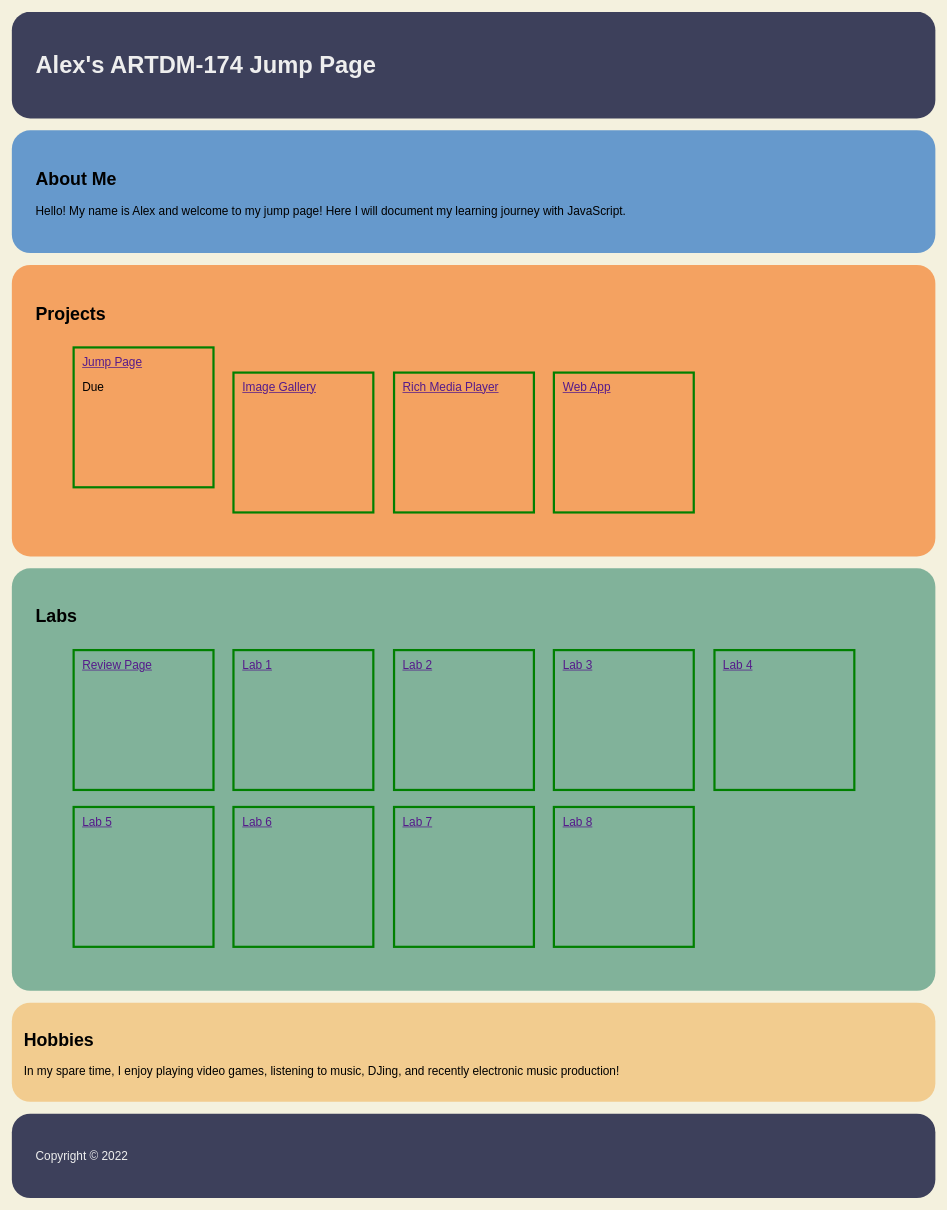
Repository: alexmaddux99/ARTDM-174
Page: CSS Animation/index.html
These files come from the project's save history. The page is drawn as it stood at one moment and after the next save; the edit follows.
The browser window is 1280 px wide. The pictures show the whole page, at 74% of full size.
Some web fonts or font styles are not loaded; a fallback is used.

Above is the page before, as saved 2022-02-10 13:25:21.

After the next save:
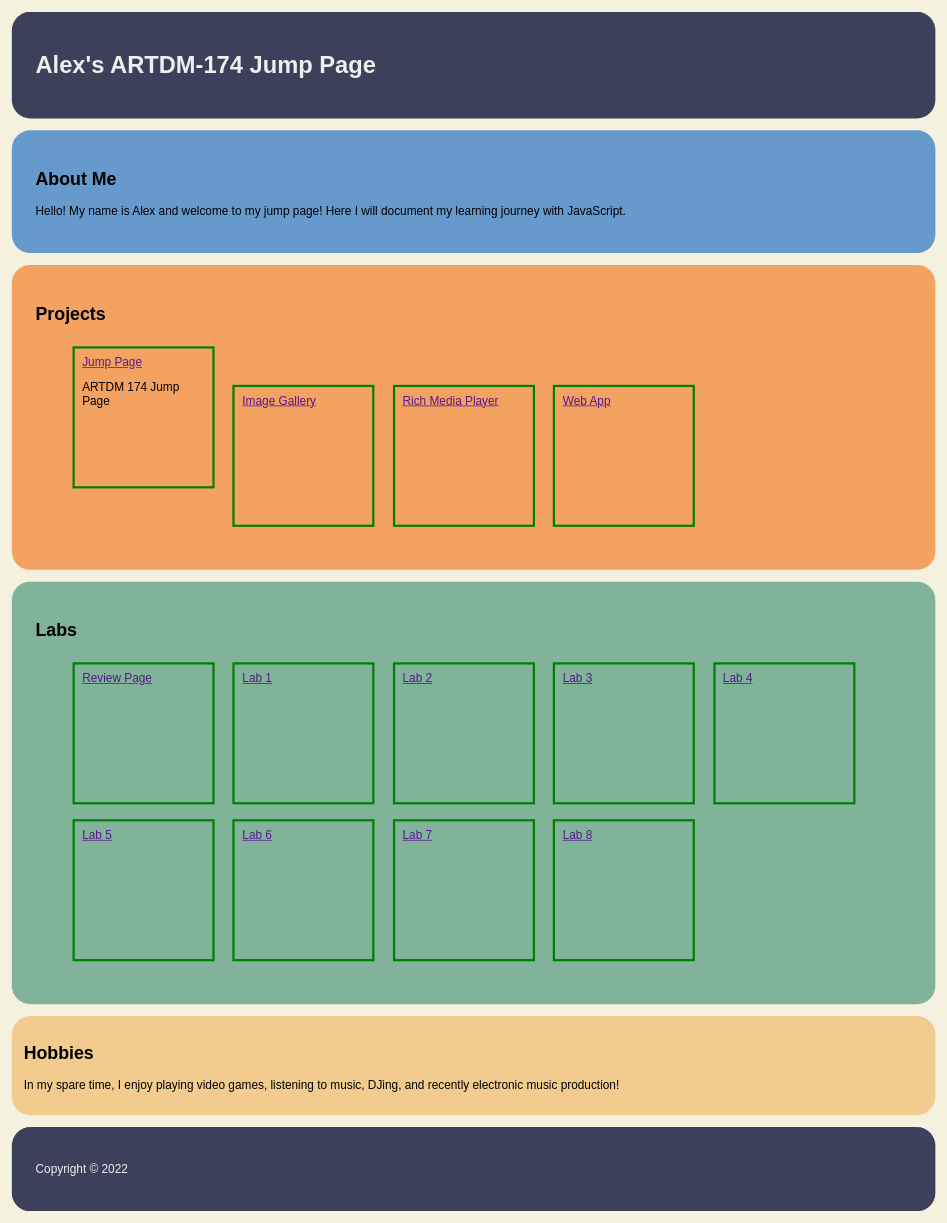
Saved 10 s later.
--- a/CSS Animation/index.html
+++ b/CSS Animation/index.html
@@ -27,7 +27,7 @@
             <h2>Projects</h2>
             <ul>
                 <li><a href="">Jump Page</a>
-                <p>Due</p></li>
+                <p>ARTDM 174 Jump Page</p></li>
                 <li><a href="">Image Gallery</a></li>
                 <li><a href="">Rich Media Player</a></li>
                 <li><a href="">Web App</a></li>
